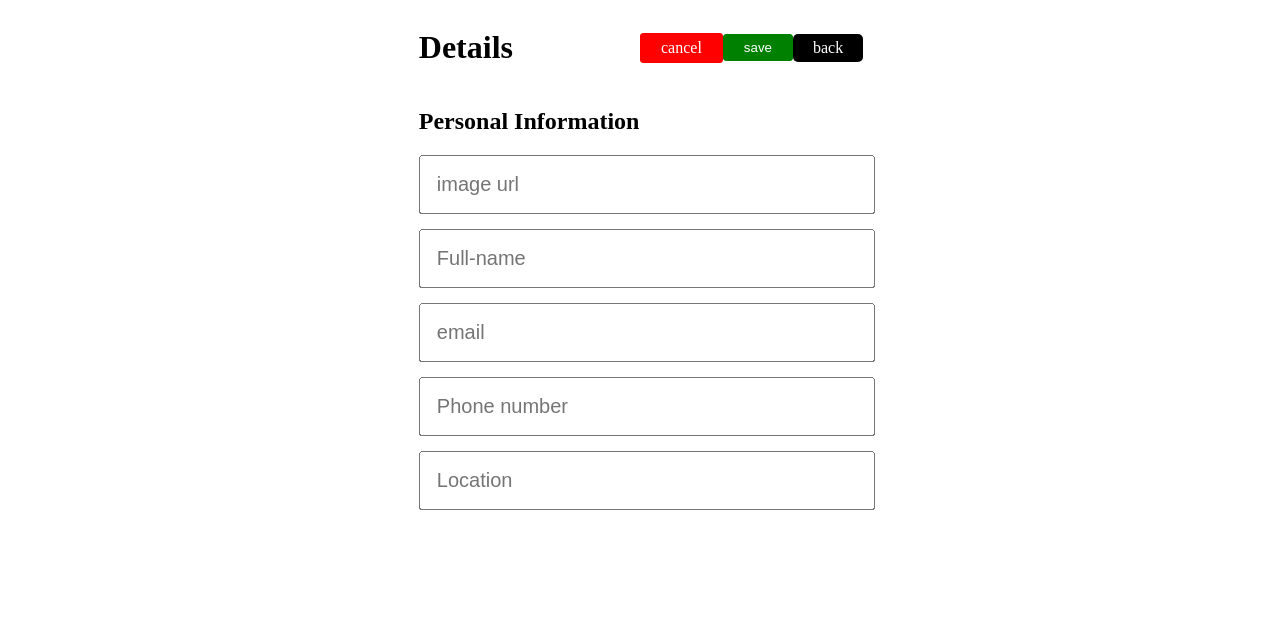
Repository: ismoil3/todo-users
Page: add app/index.html
An editor plug-in stored every save of this project. The page is shown before and after the next save, followed by the edit.
The browser window is 1280 px wide. The pictures show the whole page.
The page's requests for data from a server got no answer.

Above is the page before, as saved 2024-08-24 13:04:55.

### add app/index.html
<!DOCTYPE html>
<html lang="en">
  <head>
    <meta charset="UTF-8" />
    <meta name="viewport" content="width=device-width, initial-scale=1.0" />
    <title>Document</title>
    <link rel="stylesheet" href="style.css" />
    <link rel="icon" href="/image.png">
  </head>
  <body>
    <div class="main">
      <form action="" class="formAdd">
        <div class="btns">
          <h1>Details</h1>
          <div class="btns b">
            <a href="/mesegeAplicants.html" class="cancel">cancel</a>
            <button type="submit" class="save">save</button>
            <a class="sav" href="/mesegeAplicants.html">back</a>
          </div>
        </div>
        <h2>Personal Information</h2>
        <input type="text" name="img"  placeholder="image url" />

        <input type="text" maxlength="25" name="app" placeholder="Full-name" /><br/>
        <input type="text" maxlength="25" name="email" placeholder="email"/><br/>
        <input type="text" maxlength="25" name="Phone" placeholder="Phone number"/><br/>
        <input type="text" maxlength="25" name="location" placeholder="Location"/><br/>
      </form>
    </div>
    <script src="https://cdn.jsdelivr.net/npm/axios/dist/axios.min.js"></script>
    <script type="module" src="/add app/main.js"></script>
  </body>
</html>

### add app/style.css
.main {
    width: 35%;
    margin: auto;
    /* border: 1px solid black; */
  }
  input {
    width: 95%;
    padding: 10px;
    margin-bottom: 10px;
  }
  textarea {
    margin-bottom: 10px;
  }
  select {
    padding: 10px 20px;
    width: 250px;
    text-align: center;
    margin-left: 10px;
  }
  .btns {
    display: flex;

    align-items: center;
    justify-content: space-between;
  }
  .b {
    width: 50%;
    /* border: 1px solid black; */
  }
  .sav {
    text-decoration: none;
    color: white;
    background-color: black;
    padding: 5px 20px;
    border-radius: 5px;
  }
  input{
    zoom: 1.5;
  }
  .cancel,
  .save {
    padding: 5px 20px;
    text-decoration: none;
    cursor: pointer;
    border-radius: 3px;
  }
  .cancel {
    border: 1px solid red;
    color: white;
    background-color: red;
  }
  .save {
    border: 1px solid green;
    color: white;
    background-color: green;
  }

### add app/main.js
import { Get } from "./api.js";
Get();

### add app/api.js
// import { Get } from "../search job/api.js";
// const Api="https://66b99bb1fa763ff550f8d5f2.mockapi.io/back/users"

// async function addTaks(obj) {
//     try {
//         const {data}=await axios.post(Api,obj)
//         Get()
//         console.log(obj);
//     } catch (error) {
//         console.error(error);
//     }
// }
// export {addTaks}

const Api = "https://66b99bb1fa763ff550f8d5f2.mockapi.io/back/users";
import { getData } from "./dom.js";

async function Get() {
  try {
    const { data } = await axios.get(Api);
    getData(data);
  } catch (error) {
    console.error(error);
  }
}
async function Delete(idx) {
  try {
    const { data } = await axios.delete(`${Api}/${idx}`);
    Get();
  } catch (error) {}
}
async function addTaks(obj) {
  try {
    const { data } = await axios.post(Api, obj);
    Get();
  } catch (error) {
    console.error(error);
  }
}
export { Get, Delete, addTaks };

### add app/dom.js
console.log(close);
const formAdd = document.querySelector(".formAdd");
import { addTaks } from "./api.js";
formAdd.onsubmit = (event) => {
  event.preventDefault();
  let obj = {
    closing: new Date().toISOString().slice(0, 10),
    phone: formAdd["Phone"].value,
    loc: formAdd["location"].value,
    app: formAdd["app"].value,
    img: formAdd["img"].value,
    email:formAdd["email"].value,
    title:formAdd["reponse"].value

  };
  addTaks(obj);
  alert("uspeshno click back")

};
function getData(data) {

  data.forEach((e, i) => {
    const tr = document.createElement("tr");
    const title = document.createElement("td");
    title.innerHTML = e.title;
    const Category = document.createElement("td");
    Category.innerHTML = e.Category;
    const level = document.createElement("td");
    level.innerHTML = e.level;
    const loc = document.createElement("td");
    loc.innerHTML = e.loc;
    const phone = document.createElement("td");
    phone.innerHTML = e.phone;
    const app = document.createElement("td");
    app.innerHTML = e.app;
    const closing = document.createElement("td");
    closing.innerHTML = e.closing;
    const Action = document.createElement("td");
    const btndelete = document.createElement("button");
    btndelete.innerHTML = "del";
    const btnedit = document.createElement("a");
    btnedit.href = "";
    btnedit.innerHTML = "edit";
    Action.append(btndelete, btnedit);
    tr.append(title, Category, level, loc, phone, app, closing, Action);

  });
}
export { getData };

After the next save:
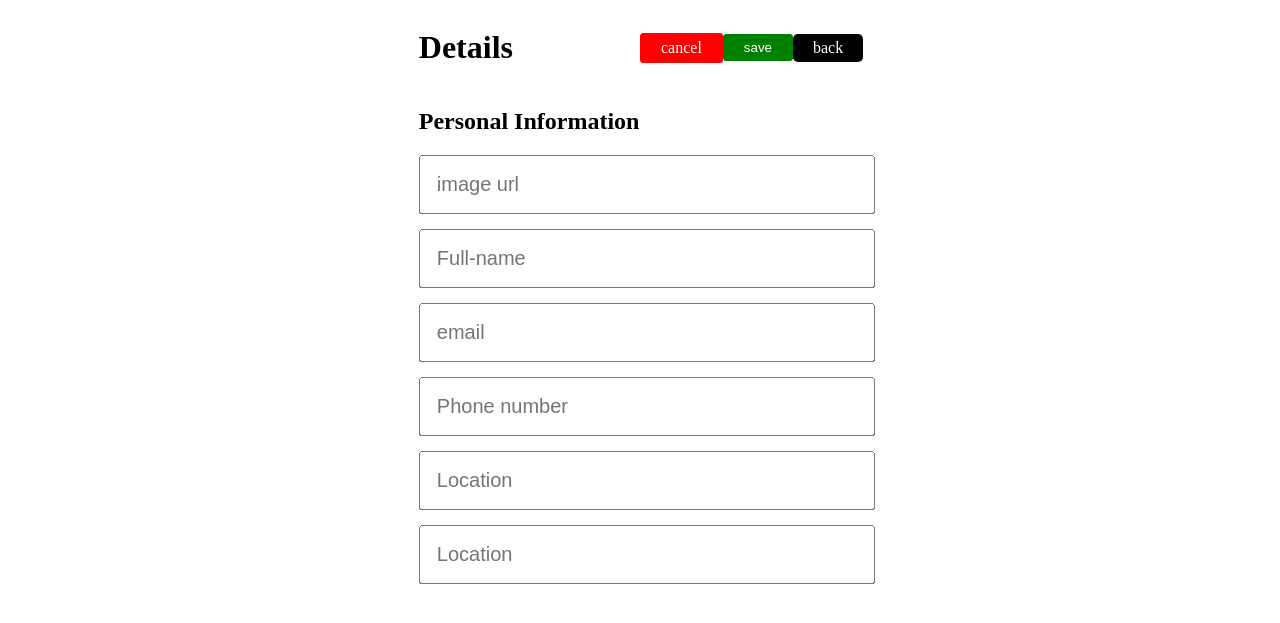
Saved 17 s later.
--- a/add app/index.html
+++ b/add app/index.html
@@ -25,6 +25,7 @@
         <input type="text" maxlength="25" name="email" placeholder="email"/><br/>
         <input type="text" maxlength="25" name="Phone" placeholder="Phone number"/><br/>
         <input type="text" maxlength="25" name="location" placeholder="Location"/><br/>
+        <input type="text" maxlength="25" name="location" placeholder="Location"/><br/>
       </form>
     </div>
     <script src="https://cdn.jsdelivr.net/npm/axios/dist/axios.min.js"></script>
